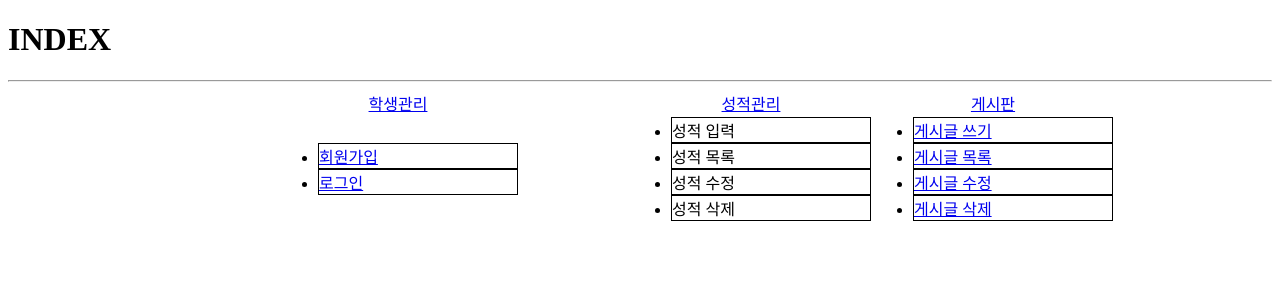
Repository: ByeonYJ/CSSTest
Page: GMSUI/WebContent/index.html
These files come from the project's save history. The page is drawn as it stood at one moment and after the next save; the edit follows.
The browser window is 1280 px wide. The pictures show the whole page.

Above is the page before, as saved 2017-07-20 06:31:54.

After the next save:
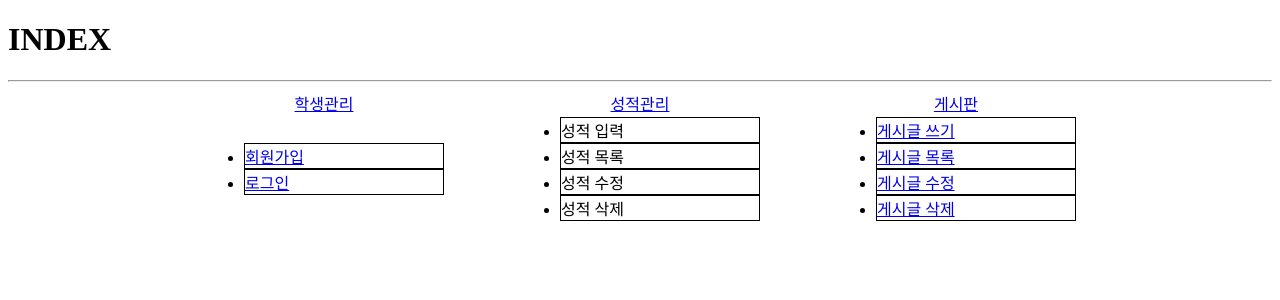
Saved 2 min 47 s later.
--- a/GMSUI/WebContent/css/member.css
+++ b/GMSUI/WebContent/css/member.css
@@ -1,6 +1,6 @@
 @CHARSET "UTF-8";
 @IMPORT "common.css";
 #index-tab{width: 75%;margin:0 auto;}
+#index-tab-tr>td{width: 75%;margin:0 auto;width:30%;text-align: center;}
 .index-ul{width: 200px}
 .index-ul>li{border: 1px solid black;}
-#index-tab-tr>td{width: 75%;margin:0 auto;}
